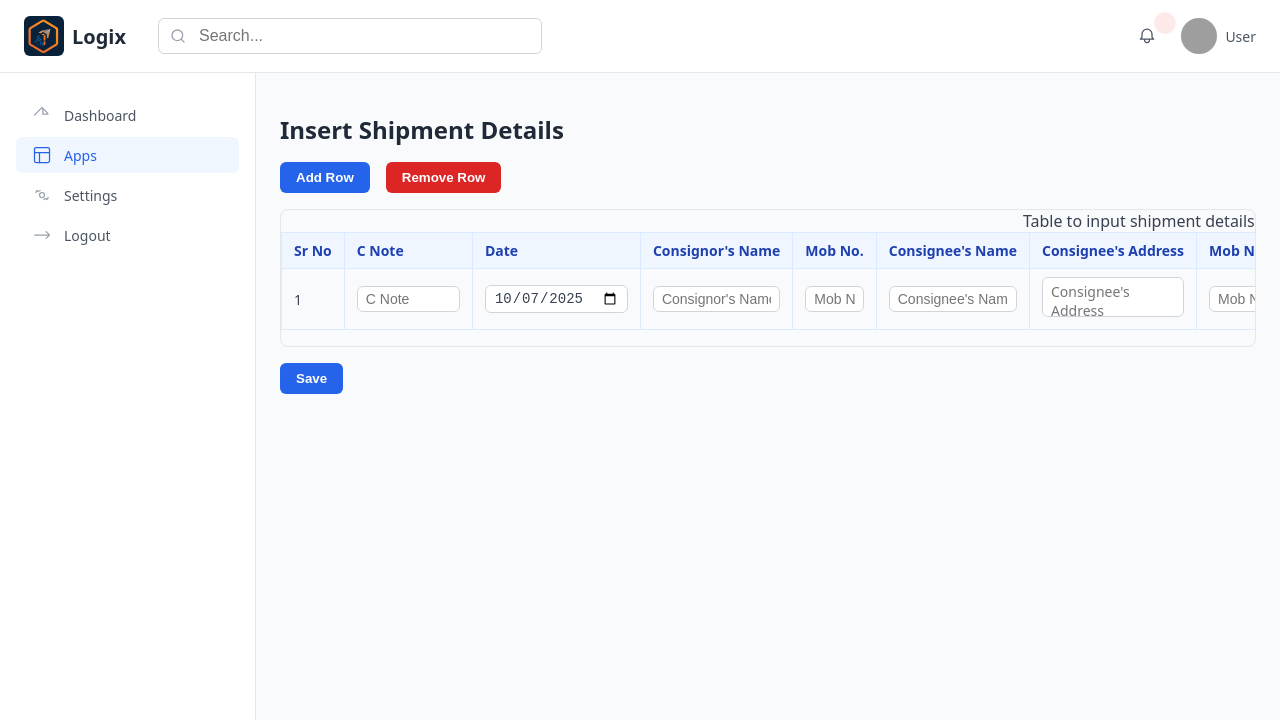
Repository: shivam60774/git_Project
Page: demo_desk/src/main/webapp/insertMulti.html
The author's editor kept a copy of each file at every save. The page is drawn from the files as they stood at one save, then again after the next save.
The browser window is 1280 px wide. The pictures show the whole page.
Pictures or frames that could not be fetched are drawn as grey boxes.

Above is the page before, as saved 2025-10-09 14:35:02.

### demo_desk/src/main/webapp/insertMulti.html
<!DOCTYPE html>
<html lang="en">

<head>
    <meta charset="UTF-8" />
    <meta name="viewport" content="width=device-width, initial-scale=1" />
    <title>Insert Multiple</title>
    <link rel="stylesheet" href="assets/styles/insertMulti.css">

</head>

<body>
    <header>
        <div class="flex items-center space-x-8">
            <div class="logo">
                <img src="assets/images/logo.jpg" alt="Company logo with " />
                <span>Logix</span>
            </div>
            <div class="search-container">
                <svg class="search-icon" fill="none" stroke="currentColor" stroke-width="2" viewBox="0 0 24 24" stroke-linecap="round" stroke-linejoin="round" aria-hidden="true">
                    <circle cx="11" cy="11" r="8"></circle>
                    <line x1="21" y1="21" x2="16.65" y2="16.65"></line>
                </svg>
                <input type="" placeholder="Search..." class="search-input" />
            </div>
        </div>
        <div class="flex items-center space-x-4">
            <button class="notification-btn" aria-label="Notifications">
                <svg class="notification-bell" fill="none" stroke="currentColor" stroke-width="1.5" viewBox="0 0 24 24" stroke-linecap="round" stroke-linejoin="round" aria-hidden="true">
                    <path d="M15 17h5l-1.405-1.405A2.032 2.032 0 0118 14.158V11a6 6 0 10-12 0v3.159c0 .538-.214 1.055-.595 1.436L4 17h5m6 0v1a3 3 0 11-6 0v-1m6 0H9"></path>
                </svg>
                <span class="notification-ping">
                    <span class="ping-animate"></span>
                    <span class="ping-dot"></span>
                </span>
            </button>
            <div class="user-profile">
                <div class="user-avatar">
                    <img src="https://storage.googleapis.com/workspace-0f70711f-8b4e-4d94-86f1-2a93ccde5887/image/f5ad795e-453e-4367-a47e-6fde6d3b84ec.png" alt="User  profile picture showing a person with short hair and a friendly smile" />
                </div>
                <span>User</span>
            </div>
        </div>
    </header>
    <div class="container">
        <aside class="sidebar">
            <nav class="sidebar-nav" aria-label="Sidebar Navigation">
                <a href="dashboard.html">
                    <svg fill="none" stroke="currentColor" stroke-width="1.5" viewBox="0 0 24 24" stroke-linecap="round" stroke-linejoin="round" aria-hidden="true">
                        <path d="M3 12l2-2m0 0l7-7 7 7M13 5v6h6"></path>
                    </svg>
                    Dashboard
                </a>
                <a href="apps.html" class="active" aria-current="page">
                    <svg fill="none" stroke="currentColor" stroke-width="1.5" viewBox="0 0 24 24" stroke-linecap="round" stroke-linejoin="round" aria-hidden="true">
                        <rect x="3" y="3" width="18" height="18" rx="2" ry="2"></rect>
                        <line x1="3" y1="9" x2="21" y2="9"></line>
                        <line x1="9" y1="21" x2="9" y2="9"></line>
                    </svg>
                    Apps
                </a>
                <a href="#">
                    <svg fill="none" stroke="currentColor" stroke-width="1.5" viewBox="0 0 24 24" stroke-linecap="round" stroke-linejoin="round" aria-hidden="true">
                        <circle cx="12" cy="12" r="3"></circle>
                        <path d="M19.4 15a7.9 7.9 0 01-1.4 2.4l-1.4-1.4a7.9 7.9 0 01-2.4 1.4"></path>
                        <path d="M4.6 9a7.9 7.9 0 011.4-2.4l1.4 1.4a7.9 7.9 0 012.4-1.4"></path>
                    </svg>
                    Settings
                </a>
                <a href="#">
                    <svg fill="none" stroke="currentColor" stroke-width="1.5" viewBox="0 0 24 24" stroke-linecap="round" stroke-linejoin="round" aria-hidden="true">
                        <path d="M17 16l4-4m0 0l-4-4m4 4H7"></path>
                        <path d="M3 12h4"></path>
                    </svg>
                    Logout
                </a>
            </nav>
        </aside>
        <main class="content" role="main">
    <form id="shipmentForm" action="insertMulti" method="post">
     <input type="hidden" id="rowCount" name="rowCount" value="1">
        <div class="card">
            <h1>Insert Shipment Details</h1>
            <div class="actions">
                <button id="addRowBtn" class="btn" type="button" aria-label="Add new shipment row">Add Row</button>
                <button id="removeRowBtn" class="btn btn-danger" type="button" aria-label="Remove last shipment row">Remove Row</button>
            </div>
            <div class="table-wrapper" role="region" aria-label="Shipment details table">
                <table id="shipmentTable" aria-describedby="tableDesc">

                    <caption id="tableDesc" class="sr-only">Table to input shipment details with multiple columns</caption>
                    <thead>
                        <tr>
                            <th scope="col">Sr No</th>
                            <th scope="col" class="cnote">C Note</th>
                            <th scope="col">Date</th>
                            <th scope="col">Consignor's Name</th>
                            <th scope="col">Mob No.</th>
                            <th scope="col">Consignee's Name</th>
                            <th scope="col">Consignee's Address</th>
                            <th scope="col">Mob No.</th>
                            <th scope="col">Content</th>
                            <th scope="col">Declared Value</th>
                            <th scope="col">No. of Pieces</th>
                            <th scope="col">Actual Weight</th>
                            <th scope="col">Dimensions</th>
                            <th scope="col">Destination</th>
                            <th scope="col">Pincode</th>
                            <th scope="col">RISK SURCHARGE</th>
                        </tr>
                    </thead>
                    <tbody id="tableBody">

                        <!-- Rows will be inserted here by JS -->
                    </tbody>
                </table>
            </div>
            <div class="actions" style="margin-top: 1rem;">
                <button type="submit" class="btn" aria-label="Save shipment details">Save</button>
            </div>
        </div>
    </form>
</main>

    </div>
   <script src="assets/js/insertMulti.js"></script>
</body>

</html>

### demo_desk/src/main/webapp/assets/styles/insertMulti.css
* {
    box-sizing: border-box;
}

body {
    margin: 0;
    font-family: system-ui, -apple-system, BlinkMacSystemFont, "Segoe UI", Roboto, Oxygen,
        Ubuntu, Cantarell, "Open Sans", "Helvetica Neue", sans-serif;
    background-color: #f9fafb;
    color: #374151;
    display: flex;
    flex-direction: column;
    min-height: 100vh;
}

a {
    text-decoration: none;
    color: inherit;
}

a:hover {
    text-decoration: none;
}

/* Utility classes */
.flex {
    display: flex;
}

.items-center {
    align-items: center;
}

.justify-between {
    justify-content: space-between;
}

.space-x-2>*+* {
    margin-left: 0.5rem;
}

.space-x-3>*+* {
    margin-left: 0.75rem;
}

.space-x-4>*+* {
    margin-left: 1rem;
}

.space-x-8>*+* {
    margin-left: 2rem;
}

.space-y-1>*+* {
    margin-top: 0.25rem;
}

.space-y-4>*+* {
    margin-top: 1rem;
}

.space-y-6>*+* {
    margin-top: 1.5rem;
}

.min-h-screen {
    min-height: 100vh;
}

.flex-1 {
    flex: 1 1 0%;
}

.rounded {
    border-radius: 0.375rem;
}

.rounded-md {
    border-radius: 0.375rem;
}

.rounded-lg {
    border-radius: 0.5rem;
}

.border {
    border-width: 1px;
    border-style: solid;
}

.border-gray-200 {
    border-color: #e5e7eb;
}

.border-gray-300 {
    border-color: #d1d5db;
}

.border-blue-50 {
    border-color: #eff6ff;
}

.border-blue-100 {
    border-color: #dbeafe;
}

.border-green-100 {
    border-color: #d1fae5;
}

.border-red-100 {
    border-color: #fee2e2;
}

.bg-white {
    background-color: #ffffff;
}

.bg-gray-50 {
    background-color: #f9fafb;
}

.bg-gray-200 {
    background-color: #e5e7eb;
}

.bg-blue-50 {
    background-color: #eff6ff;
}

.bg-blue-100 {
    background-color: #dbeafe;
}

.bg-green-50 {
    background-color: #ecfdf5;
}

.bg-green-100 {
    background-color: #d1fae5;
}

.bg-red-50 {
    background-color: #fef2f2;
}

.bg-red-100 {
    background-color: #fee2e2;
}

.bg-yellow-100 {
    background-color: #fef3c7;
}

.bg-purple-100 {
    background-color: #ede9fe;
}

.bg-indigo-100 {
    background-color: #e0e7ff;
}

.bg-pink-100 {
    background-color: #fce7f3;
}

.bg-teal-100 {
    background-color: #ccfbf1;
}

.text-gray-400 {
    color: #9ca3af;
}

.text-gray-500 {
    color: #6b7280;
}

.text-gray-600 {
    color: #4b5563;
}

.text-gray-700 {
    color: #374151;
}

.text-gray-800 {
    color: #1f2937;
}

.text-blue-600 {
    color: #2563eb;
}

.text-blue-700 {
    color: #1d4ed8;
}

.text-blue-800 {
    color: #1e40af;
}

.text-green-700 {
    color: #15803d;
}

.text-green-800 {
    color: #166534;
}

.text-red-700 {
    color: #b91c1c;
}

.text-red-800 {
    color: #991b1b;
}

.font-bold {
    font-weight: 700;
}

.font-medium {
    font-weight: 500;
}

.text-xl {
    font-size: 1.25rem;
    line-height: 1.75rem;
}

.text-2xl {
    font-size: 1.5rem;
    line-height: 2rem;
}

.text-lg {
    font-size: 1.125rem;
    line-height: 1.75rem;
}

.text-sm {
    font-size: 0.875rem;
    line-height: 1.25rem;
}

.text-xs {
    font-size: 0.75rem;
    line-height: 1rem;
}

.p-2 {
    padding: 0.5rem;
}

.p-4 {
    padding: 1rem;
}

.p-6 {
    padding: 1.5rem;
}

.px-3 {
    padding-left: 0.75rem;
    padding-right: 0.75rem;
}

.px-4 {
    padding-left: 1rem;
    padding-right: 1rem;
}

.px-6 {
    padding-left: 1.5rem;
    padding-right: 1.5rem;
}

.py-2 {
    padding-top: 0.5rem;
    padding-bottom: 0.5rem;
}

.py-4 {
    padding-top: 1rem;
    padding-bottom: 1rem;
}

.py-6 {
    padding-top: 1.5rem;
    padding-bottom: 1.5rem;
}

.mb-1 {
    margin-bottom: 0.25rem;
}

.mb-3 {
    margin-bottom: 0.75rem;
}

.mb-4 {
    margin-bottom: 1rem;
}

.mb-6 {
    margin-bottom: 1.5rem;
}

.mb-8 {
    margin-bottom: 2rem;
}

.mt-1 {
    margin-top: 0.25rem;
}

.my-6 {
    margin-top: 1.5rem;
    margin-bottom: 1.5rem;
}

.border-t {
    border-top-width: 1px;
    border-top-style: solid;
    border-top-color: #e5e7eb;
}

.border-r {
    border-right-width: 1px;
    border-right-style: solid;
    border-right-color: #e5e7eb;
}

.rounded-full {
    border-radius: 9999px;
}

.overflow-hidden {
    overflow: hidden;
}

.object-cover {
    object-fit: cover;
}

.cursor-pointer {
    cursor: pointer;
}

.hover\:bg-gray-50:hover {
    background-color: #f9fafb;
}

.hover\:bg-blue-50:hover {
    background-color: #eff6ff;
}

.hover\:bg-gray-100:hover {
    background-color: #f3f4f6;
}

.hover\:text-blue-600:hover {
    color: #2563eb;
}

.hover\:text-gray-900:hover {
    color: #111827;
}

.transition-all {
    transition-property: all;
    transition-duration: 0.2s;
    transition-timing-function: ease-in-out;
}

.relative {
    position: relative;
}

.absolute {
    position: absolute;
}

.top-0 {
    top: 0;
}

.right-0 {
    right: 0;
}

.left-3 {
    left: 0.75rem;
}

.top-1\/2 {
    top: 50%;
}

.transform {
    transform-origin: center;
}

.-translate-y-1\/2 {
    transform: translateY(-50%);
}

.h-3 {
    height: 0.75rem;
}

.w-3 {
    width: 0.75rem;
}

.h-4 {
    height: 1rem;
}

.w-4 {
    width: 1rem;
}

.h-5 {
    height: 1.25rem;
}

.w-5 {
    width: 1.25rem;
}

.h-6 {
    height: 1.5rem;
}

.w-6 {
    width: 1.5rem;
}

.h-9 {
    height: 2.25rem;
}

.w-9 {
    width: 2.25rem;
}

.w-10 {
    width: 2.5rem;
}

.h-10 {
    height: 2.5rem;
}

.w-96 {
    width: 24rem;
}

.rounded-md {
    border-radius: 0.375rem;
}

.bg-blue-100 {
    background-color: #dbeafe;
}

.bg-green-100 {
    background-color: #d1fae5;
}

.bg-purple-100 {
    background-color: #ede9fe;
}

.bg-yellow-100 {
    background-color: #fef3c7;
}

.bg-red-100 {
    background-color: #fee2e2;
}

.bg-indigo-100 {
    background-color: #e0e7ff;
}

.bg-pink-100 {
    background-color: #fce7f3;
}

.bg-teal-100 {
    background-color: #ccfbf1;
}

.bg-gray-50 {
    background-color: #f9fafb;
}

.border-blue-300 {
    border-color: #93c5fd;
}

.hover\:border-blue-300:hover {
    border-color: #93c5fd;
}

.text-blue-600 {
    color: #2563eb;
}

.text-gray-400 {
    color: #9ca3af;
}

.text-gray-600 {
    color: #4b5563;
}

.text-gray-700 {
    color: #374151;
}

.text-gray-800 {
    color: #1f2937;
}

.font-medium {
    font-weight: 500;
}

.font-bold {
    font-weight: 700;
}

.grid {
    display: grid;
}

.grid-cols-3 {
    grid-template-columns: repeat(3, minmax(0, 1fr));
}

.grid-cols-4 {
    grid-template-columns: repeat(4, minmax(0, 1fr));
}

.gap-4 {
    gap: 1rem;
}

.shadow-sm {
    box-shadow: 0 1px 2px 0 rgb(0 0 0 / 0.05);
}

.cursor-pointer {
    cursor: pointer;
}

/* Header */
header {
    background-color: #fff;
    border-bottom: 1px solid #e5e7eb;
    padding: 1rem 1.5rem;
    display: flex;
    align-items: center;
    justify-content: space-between;
}

/* Logo */
.logo {
    display: flex;
    align-items: center;
}

.logo img {
    height: 2.5rem;
    width: 2.5rem;
    border-radius: 0.375rem;
    object-fit: cover;
}

.logo span {
    margin-left: 0.5rem;
    font-weight: 700;
    font-size: 1.25rem;
    color: #1f2937;
}

/* Search bar */
.search-container {
    position: relative;
    width: 24rem;
}

.search-icon {
    position: absolute;
    left: 0.75rem;
    top: 50%;
    transform: translateY(-50%);
    color: #9ca3af;
    width: 1rem;
    height: 1rem;
    pointer-events: none;
}

.search-input {
    width: 100%;
    padding: 0.5rem 1rem 0.5rem 2.5rem;
    border: 1px solid #d1d5db;
    border-radius: 0.375rem;
    font-size: 1rem;
    outline-offset: 2px;
    outline-color: transparent;
    transition: outline-color 0.2s ease-in-out, box-shadow 0.2s ease-in-out;
}

.search-input:focus {
    outline-color: #3b82f6;
    box-shadow: 0 0 0 2px #3b82f6;
    border-color: transparent;
}

/* Notification button */
.notification-btn {
    position: relative;
    padding: 0.5rem;
    color: #4b5563;
    border-radius: 9999px;
    background-color: transparent;
    border: none;
    cursor: pointer;
    transition: background-color 0.2s ease-in-out;
}

.notification-btn:hover {
    background-color: #f3f4f6;
}

.notification-bell {
    width: 1.25rem;
    height: 1.25rem;
    stroke-width: 1.5;
    stroke: currentColor;
    fill: none;
}

.notification-ping {
    position: absolute;
    top: 0;
    right: 0;
    width: 0.75rem;
    height: 0.75rem;
    pointer-events: none;
}

.ping-animate {
    position: absolute;
    width: 100%;
    height: 100%;
    border-radius: 9999px;
    background-color: #f87171;
    opacity: 0.75;
    animation: ping 1.5s cubic-bezier(0, 0, 0.2, 1) infinite;
}

.ping-dot {
    position: relative;
    width: 0.75rem;
    height: 0.75rem;
    border-radius: 9999px;
    background-color: #ef4444;
}

@keyframes ping {
    0% {
        transform: scale(1);
        opacity: 0.75;
    }

    75%,
    100% {
        transform: scale(2);
        opacity: 0;
    }
}

/* User profile */
.user-profile {
    display: flex;
    align-items: center;
    gap: 0.5rem;
    color: #4b5563;
    font-weight: 500;
    font-size: 0.875rem;
}

.user-avatar {
    height: 2.25rem;
    width: 2.25rem;
    border-radius: 9999px;
    background-color: #e5e7eb;
    overflow: hidden;
    flex-shrink: 0;
}

.user-avatar img {
    width: 100%;
    height: 100%;
    object-fit: cover;
}

/* Layout */
.container {
    display: flex;
    flex: 1 1 0%;
    min-height: 0;
    background-color: #f9fafb;
}

aside.sidebar {
    width: 16rem;
    background-color: #fff;
    border-right: 1px solid #e5e7eb;
    padding-top: 1.5rem;
    padding-bottom: 1.5rem;
    flex-shrink: 0;
}

nav.sidebar-nav {
    display: flex;
    flex-direction: column;
    gap: 0.25rem;
    padding-left: 1rem;
    padding-right: 1rem;
}

nav.sidebar-nav a {
    display: flex;
    align-items: center;
    padding: 0.5rem 1rem;
    border-radius: 0.375rem;
    color: #4b5563;
    font-weight: 500;
    font-size: 0.875rem;
    transition: background-color 0.2s ease-in-out, color 0.2s ease-in-out;
}

nav.sidebar-nav a:hover {
    background-color: #f9fafb;
    color: #111827;
}

nav.sidebar-nav a.active {
    background-color: #eff6ff;
    color: #2563eb;
}

nav.sidebar-nav a.active svg {
    color: #2563eb;
}

nav.sidebar-nav svg {
    width: 1.25rem;
    height: 1.25rem;
    margin-right: 0.75rem;
    color: #9ca3af;
    flex-shrink: 0;
    stroke-width: 1.5;
    stroke: currentColor;
    fill: none;
    transition: color 0.2s ease-in-out;
}

/* Main content */
main.content {
    flex: 1 1 0%;
    padding: 1.5rem;
    overflow-y: auto;
}

main.content>.card {
    background-color: #fff;
    border-radius: 0.5rem;
    box-shadow: 0 1px 2px 0 rgb(0 0 0 / 0.05);
    padding: 1.5rem;
    height: 800px;
}

h1 {
    margin-bottom: 1rem;
    color: #1f2937;
    font-weight: 700;
    font-size: 1.5rem;
}

table {
    width: 100%;
    border-collapse: collapse;
    margin-bottom: 1rem;
    min-width: 1200px;
    /* allow horizontal scroll on small screens */
}

thead {
    background-color: #eff6ff;
}

th,
td {
    border: 1px solid #dbeafe;
    padding: 0.5rem 0.75rem;
    text-align: left;
    font-size: 0.875rem;
    vertical-align: middle;
    white-space: nowrap;
}

th {
    font-weight: 600;
    color: #1e40af;
}

input[type="text"],
input[type="number"],
input[type="date"],
select {
    width: 100%;
    padding: 0.25rem 0.5rem;
    border: 1px solid #d1d5db;
    border-radius: 0.375rem;
    font-size: 0.875rem;
    color: #374151;
    box-sizing: border-box;
    outline-offset: 2px;
    outline-color: transparent;
    transition: outline-color 0.2s ease-in-out, box-shadow 0.2s ease-in-out;
}

input[type="text"]:focus,
input[type="number"]:focus,
input[type="date"]:focus,
select:focus {
    outline-color: #3b82f6;
    box-shadow: 0 0 0 2px #3b82f6;
    border-color: transparent;
}

/* Minimum width for C Note column */
th.cnote,
td.cnote {
    min-width: 16ch;
}

/* Auto expanding textarea for addresses */
textarea.address-textarea {
    width: 100%;
    min-height: 2.5rem;
    resize: none;
    overflow: hidden;
    font-size: 0.875rem;
    font-family: inherit;
    border: 1px solid #d1d5db;
    border-radius: 0.375rem;
    padding: 0.25rem 0.5rem;
    box-sizing: border-box;
    color: #374151;
    outline-offset: 2px;
    outline-color: transparent;
    transition: outline-color 0.2s ease-in-out, box-shadow 0.2s ease-in-out;
    white-space: normal;
    word-wrap: break-word;
    white-space: pre-wrap;
}

textarea.address-textarea:focus {
    outline-color: #3b82f6;
    box-shadow: 0 0 0 2px #3b82f6;
    border-color: transparent;
}

.btn {
    background-color: #2563eb;
    color: white;
    border: none;
    border-radius: 0.375rem;
    padding: 0.5rem 1rem;
    font-weight: 600;
    cursor: pointer;
    transition: background-color 0.2s ease-in-out;
    user-select: none;
    margin-right: 0.5rem;
}

.btn:hover {
    background-color: #1e40af;
}

.btn-danger {
    background-color: #dc2626;
}

.btn-danger:hover {
    background-color: #991b1b;
}

.actions {
    display: flex;
    justify-content: flex-start;
    margin-bottom: 1rem;
    flex-wrap: wrap;
    gap: 0.5rem;
}

/* Scroll container for table on small screens */
.table-wrapper {
    overflow-x: auto;
    border: 1px solid #e5e7eb;
    border-radius: 0.5rem;
}

Loaded but not shown: demo_desk/src/main/webapp/assets/js/insertMulti.js (192 lines, source omitted)

After the next save:
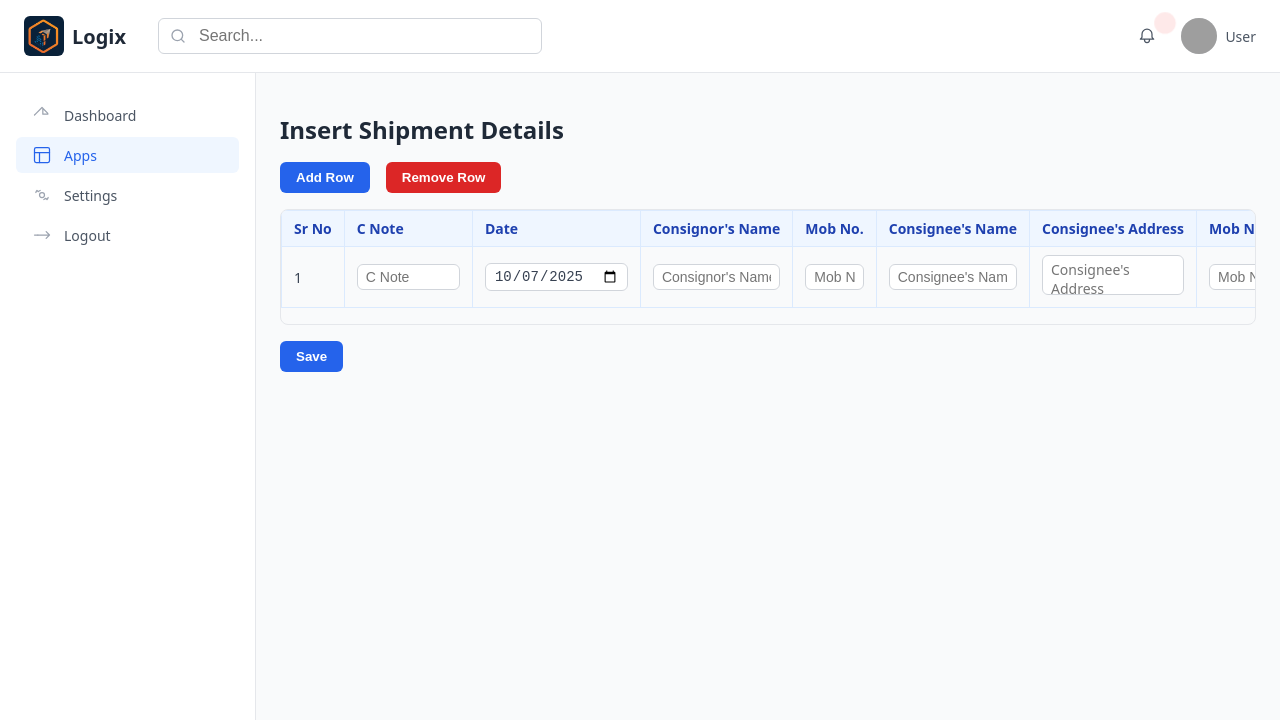
Saved 69 s later.
--- a/demo_desk/src/main/webapp/insertMulti.html
+++ b/demo_desk/src/main/webapp/insertMulti.html
@@ -88,7 +88,7 @@
             <div class="table-wrapper" role="region" aria-label="Shipment details table">
                 <table id="shipmentTable" aria-describedby="tableDesc">
 
-                    <caption id="tableDesc" class="sr-only">Table to input shipment details with multiple columns</caption>
+                   <!-- <caption id="tableDesc" class="sr-only">Table to input shipment details with multiple columns</caption> -->
                     <thead>
                         <tr>
                             <th scope="col">Sr No</th>
